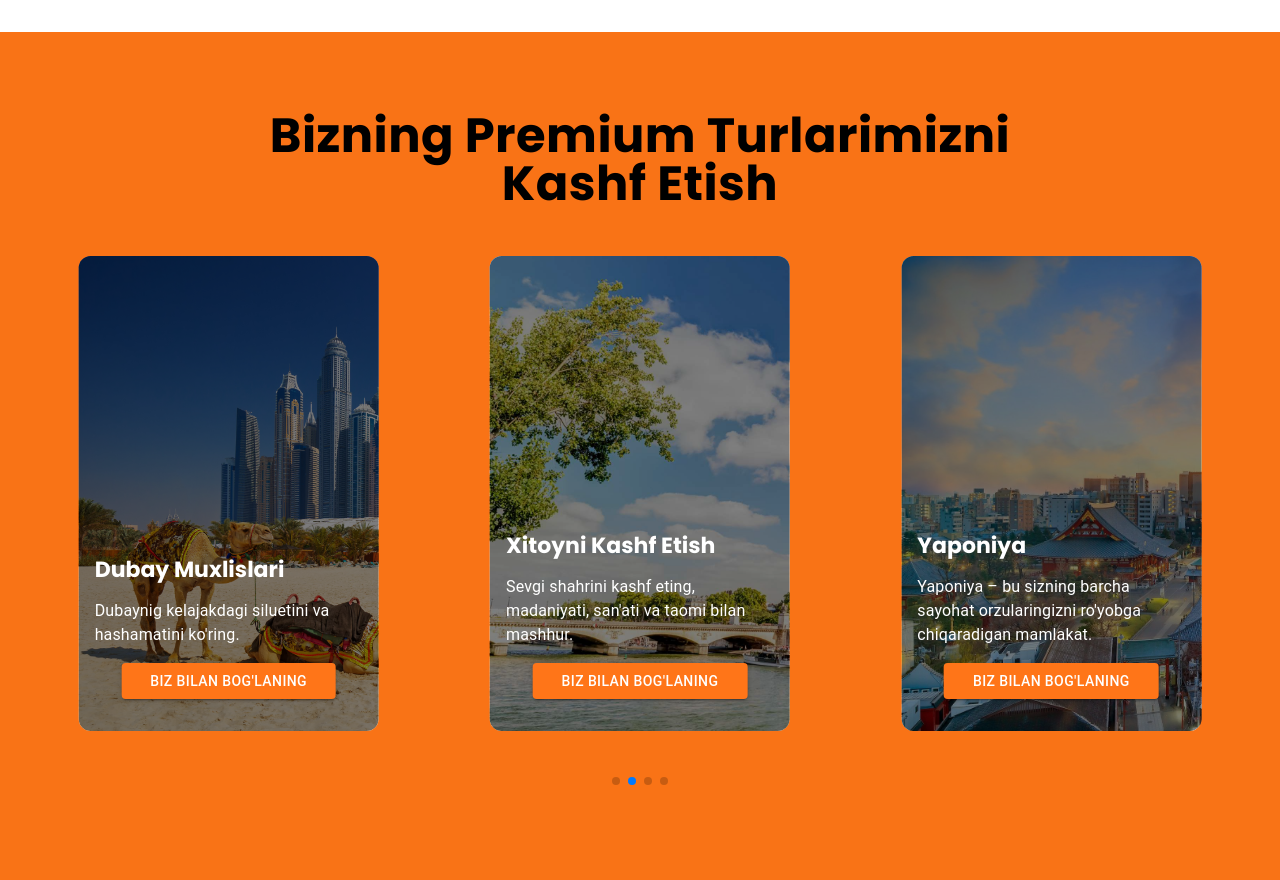
Repository: OgabekErkinov/i-am-tourist
Page: /
The author's editor kept a copy of each file at every save. The page is drawn from the files as they stood at one save, then again after the next save.
The browser window is 1280 px wide. The pictures show the whole page.
The project was rebuilt for these pictures with package versions that can differ from the ones it lists, and the page was loaded fresh each time. Also part of the build but not shown: vite.config.js, src/components/navbar/LightDarkButton.jsx, src/I18/i18.js, src/components/navbar/languages/LanguageButton.jsx, src/components/navbar/NavbarItem.jsx, src/components/navbar/SocialNetworks.jsx, src/components/navbar/Logo.jsx, src/components/navbar/SectionsLinks.jsx and 7 more.

Above is the page before, as saved 2024-12-24 15:53:46.

### index.html
<!doctype html>
<html lang="en">
  <head>
    <meta charset="UTF-8" />
    <link rel="icon" type="image/svg+xml" href="https://www.ifly.com.uz/assets/logo-BPA5zOgc.png" />
    <meta name="viewport" content="width=device-width, initial-scale=1.0" />
    <link rel="preconnect" href="https://fonts.googleapis.com">
    <link rel="preconnect" href="https://fonts.gstatic.com" crossorigin>
    <link href="https://fonts.googleapis.com/css2?family=Poppins:ital,wght@0,100;0,200;0,300;0,400;0,500;0,600;0,700;0,800;0,900;1,100;1,200;1,300;1,400;1,500;1,600;1,700;1,800;1,900&display=swap" rel="stylesheet">
    <title>iFLY.com</title>
  </head>
  <body>
    <div id="root"></div>
    <script type="module" src="/src/main.jsx"></script>
  </body>
</html>

### src/index.css
/* Universal Reset */
* {
  margin: 0;
  padding: 0;
  box-sizing: border-box;
}


/* Root Container */
#root {
  max-width: 1900px;
  margin: 0 auto;
  display: flex;
  flex-direction: column;
  align-items: center;
  justify-content: center;
  font-family: 'Poppins';
  box-sizing: border-box;
}

### src/App.jsx
import { Stack } from "@mui/material"
import Header from "./components/header/Header"
import Main from "./components/main/Main"

function App() {


  return (
    <Stack width='100%'
           height='auto'
           alignItems='center'
           gap='1rem'>
        <Header/>
        <Main/>
    </Stack>



  )
}

export default App

### src/components/header/Header.jsx
import { Box, Stack } from '@mui/material';
import Navbar from '../navbar/Navbar';
import Slider from './Slider';
import React from 'react';
import Cards from '../cards/Cards';

const Header = () => {
  return (
    <Stack height="auto"
           width='100%'
           gap="2rem"
           marginBottom='1rem'
           boxSizing="border-box">
             <Stack width="100%"
                    height="auto"
                    alignItems='center'>
                         {/* <Box width="100%"
                              height="10vh"
                              bgcolor="transparent">
                        </Box> */}
                        {/* <Navbar /> */}
                        {/* <Slider /> */}
               </Stack>
               {/* <Cards /> */}
    </Stack>
  );
}

export default Header;

### src/components/main/Main.jsx
import { Stack } from '@mui/material'
import React from 'react'
import PremiumTours from '../premium/PremiumTours'
import TourPlaces from '../tourPlaces/TourPlaces'
import About from '../about/About'

const Main = () => {
  return (
    <Stack width={'100%'}
           height={'auto'}
           alignItems={'center'}
           gap='1rem'>
        <PremiumTours/>
        {/* <TourPlaces/> */}
        {/* <About/> */}

    </Stack>
  )
}

export default Main

### src/components/premium/PremiumTours.jsx
import React from 'react';
import { Stack, Typography, Box } from '@mui/material';
import 'swiper/css';
import 'swiper/css/effect-fade';
import 'swiper/css/pagination';
import 'swiper/css/autoplay';
import { Swiper, SwiperSlide } from 'swiper/react';
import { Navigation, Pagination, Scrollbar, Autoplay } from 'swiper/modules';
import { premiumToursServices } from '../../Database/db';
import PremiumItem from './PremiumItem';

const PremiumTours = () => {

  return (
    <Stack height={'auto'}
           width={'100%'}
           padding={'5rem 2rem'}
           bgcolor={'#F97316'}
           boxSizing={'border-box'} >
          <Stack height={'100%'}
                 width={'100%'}
                 justifyContent={'space-between'}
                 alignItems={'center'}
                 gap={'2rem'}>
              {/* Title */}
                <Typography fontFamily={'Poppins'}
                            width={'70%'}
                            fontSize={'48px'}
                            lineHeight={'48px'}
                            fontWeight={'bold'}
                            textAlign={'center'}
                            height={'auto'}
                            sx={{
                              '@media (max-width: 900px)': {
                               fontSize: '36px',
                               lineHeight: '40px',
                                },
                              '@media (max-width: 600px)': {
                                fontSize: '24px',
                                lineHeight: '28px',
                                },
                               }}>
                               Bizning Premium Turlarimizni Kashf Etish
                 </Typography>
            {/* Slider */}
                 <Box display={'flex'}
                      alignItems={'center'}
                      justifyContent={'center'}
                      height={'35rem'}
                      width={'100%'}>
                      <Swiper
                          modules={[Navigation, Pagination, Scrollbar, Autoplay]}
                          autoplay={{ delay: 2500, disableOnInteraction: false }}
                          navigation
                          pagination={{ clickable: false }}
                          scrollbar={{ draggable: true }}
                          loop={true}
                          style={{
                               width: '100%',
                               height: '100%',
                               padding : '1rem',
                               display : 'flex',
                               justifyContent : 'center',
                               alignItems : 'center' }}
                          breakpoints={{
                               524: {
                                  slidesPerView: 1,
                                  spaceBetween: 10 },
                               765: {
                                  slidesPerView: 2,
                                  spaceBetween: 20 },
                              1200: {
                                  slidesPerView: 3,
                                  spaceBetween: 50 } }}>
                          {
                           premiumToursServices?.map((tour, idx) => {
                                  return (
                                         <SwiperSlide key={idx}>
                                                 <PremiumItem tour={tour} />
                                           </SwiperSlide>
                                          );  })
                           }
                       </Swiper>
                  </Box>
            </Stack>
    </Stack>
  );
};

export default PremiumTours;

### src/Database/db.js
export const social_medias = [
    {
        id : 1,
        name : 'facebook',
        link : 'https://www.facebook.com',
        pathD : 'M279.14 288l14.22-92.66h-88.91v-60.13c0-25.35 12.42-50.06 52.24-50.06h40.42V6.26S260.43 0 225.36 0c-73.22 0-121.08 44.38-121.08 124.72v70.62H22.89V288h81.39v224h100.17V288z'
    },
    {
        id : 2,
        name : 'twitter',
        url : 'https://www.twitter.com',
        pathD : 'M419.37 151.716c.325 4.548.325 9.097.325 13.645 0 138.72-105.583 298.558-298.558 298.558-59.452 0-114.68-17.219-161.137-47.106 8.447.974 16.568 1.299 25.34 1.299 49.055 0 94.213-16.568 130.274-44.832-46.132-.975-84.792-31.188-98.112-72.772 6.498.974 12.995 1.624 19.818 1.624 9.421 0 18.843-1.3 27.614-3.573-48.081-9.747-84.143-51.98-84.143-102.985v-1.299c13.969 7.797 30.214 12.67 47.431 13.319-28.264-18.843-46.781-51.005-46.781-87.391 0-19.492 5.197-37.36 14.294-52.954 51.655 63.675 129.3 105.258 216.365 109.807-1.624-7.797-2.599-15.918-2.599-24.04 0-57.828 46.782-104.934 104.934-104.934 30.213 0 57.502 12.67 76.67 33.137 23.715-4.548 46.456-13.32 66.599-25.34-7.798 24.366-24.366 44.833-46.132 57.827 21.117-2.273 41.584-8.122 60.426-16.243-14.292 20.791-32.161 39.308-52.628 54.253z'
    },
    {
        id : 3,
        name : 'instagram',
        url : 'https://www.instagram.com/ifly.com.uz',
        pathD : 'M224.1 141c-63.6 0-114.9 51.3-114.9 114.9s51.3 114.9 114.9 114.9S339 319.5 339 255.9 287.7 141 224.1 141zm0 189.6c-41.1 0-74.7-33.5-74.7-74.7s33.5-74.7 74.7-74.7 74.7 33.5 74.7 74.7-33.6 74.7-74.7 74.7zm146.4-194.3c0 14.9-12 26.8-26.8 26.8-14.9 0-26.8-12-26.8-26.8s12-26.8 26.8-26.8 26.8 12 26.8 26.8zm76.1 27.2c-1.7-35.9-9.9-67.7-36.2-93.9-26.2-26.2-58-34.4-93.9-36.2-37-2.1-147.9-2.1-184.9 0-35.8 1.7-67.6 9.9-93.9 36.1s-34.4 58-36.2 93.9c-2.1 37-2.1 147.9 0 184.9 1.7 35.9 9.9 67.7 36.2 93.9s58 34.4 93.9 36.2c37 2.1 147.9 2.1 184.9 0 35.9-1.7 67.7-9.9 93.9-36.2 26.2-26.2 34.4-58 36.2-93.9 2.1-37 2.1-147.8 0-184.8zM398.8 388c-7.8 19.6-22.9 34.7-42.6 42.6-29.5 11.7-99.5 9-132.1 9s-102.7 2.6-132.1-9c-19.6-7.8-34.7-22.9-42.6-42.6-11.7-29.5-9-99.5-9-132.1s-2.6-102.7 9-132.1c7.8-19.6 22.9-34.7 42.6-42.6 29.5-11.7 99.5-9 132.1-9s102.7-2.6 132.1 9c19.6 7.8 34.7 22.9 42.6 42.6 11.7 29.5 9 99.5 9 132.1s2.7 102.7-9 132.1z'
    },
    {
        id : 4,
        name : 'linkedIn',
        url : 'https://www.linkedin.com',
        pathD : 'M100.28 448H7.4V148.9h92.88zM53.79 108.1C24.09 108.1 0 83.5 0 53.8a53.79 53.79 0 0 1 107.58 0c0 29.7-24.1 54.3-53.79 54.3zM447.9 448h-92.68V302.4c0-34.7-.7-79.2-48.29-79.2-48.29 0-55.69 37.7-55.69 76.7V448h-92.78V148.9h89.08v40.8h1.3c12.4-23.5 42.69-48.3 87.88-48.3 94 0 111.28 61.9 111.28 142.3V448z'
    },
    {
        id : 5,
        name : 'youtube',
        url : 'https://www.youtube.com',
        pathD : 'M549.655 124.083c-6.281-23.65-24.787-42.276-48.284-48.597C458.781 64 288 64 288 64S117.22 64 74.629 75.486c-23.497 6.322-42.003 24.947-48.284 48.597-11.412 42.867-11.412 132.305-11.412 132.305s0 89.438 11.412 132.305c6.281 23.65 24.787 41.5 48.284 47.821C117.22 448 288 448 288 448s170.78 0 213.371-11.486c23.497-6.321 42.003-24.171 48.284-47.821 11.412-42.867 11.412-132.305 11.412-132.305s0-89.438-11.412-132.305zm-317.51 213.508V175.185l142.739 81.205-142.739 81.201z'
    }
]

export const navLinks = [
    {
        id : 6,
        name : 'Excursions',
        link : '#excursions'
    },
    {
        id : 7,
        name : 'City',
        link : '#city'
    },
    {
        id : 8,
        name : 'About',
        link : '#about'
    },
    {
        id : 9,
        name : 'Contact',
        link : '#contact'
    }
]

export const SliderItems = [
    {
        url : '/malakali.jpg',
        heading : 'Malakali shahar',
        paragraph : "Dunyoning ko'ngilochar poytaxtiga sho'ng'ing."
    },
    {
        url : '/turkiya.jpg',
        heading : 'Sehrli Turkiya',
        paragraph : "Turkiyaning boy tarixi va ajoyib manzaralarini o'rganing."
    },
    {
        url : '/orol.jpg',
        heading : 'Orol chekinishi',
        paragraph : 'Ajoyib orol landshaftlari orasida tinchlikni his eting.'
    },
    {
        url : '/yaponiya.jpg',
        heading : 'Yaponiya',
        paragraph : "Zamonaviy hayot va qadimiy an'analar mamlakati"
    },
    {
        url : '/dubai.jpg',
        heading : "Dubayni kashf eting",
        paragraph : "Birlashgan Arab Amirliklarida hashamat, innovatsiyalar va sarguzashtlarni kashf eting."

    },
    {
        url : '/xitoyni.jpg',
        heading : 'Xitoyni kashf qiling',
        paragraph : "Xitoy: qadimgi tarix, Buyuk devor, innovatsiyalar, jonli madaniyat."
    },
    {
        url : '/tailand.jpg',
        heading : 'Tropik Tailand',
        paragraph : "Chiroyli plyajlarda dam oling va mazali taomlarni tatib ko'ring."
    }
]

export const addBanners = [
    {
        heading : 'Ajoyib plyaj',
        paragraph : 'Zamonaviy plyajlarni kashf eting va quyosh ostida dam oling.'
    },
    {
        heading : "Tog' sarguzashtlari",
        paragraph : "Qiziqarli tog' sayohatiga chiqing va tabiatni o'rganing."
    },
    {
        heading : 'Shahar sayohatlari',
        paragraph : "Qiziqarli tog' sayohatiga chiqing va tabiatni o'rganing."
    }
]

export const languages = [
    {
        lang : "o'zbek",
        flag : '/uzbekistan.png',
        translator : 'uz'
    },
    {
        lang : 'english',
        flag : '/united-states.png',
        translator : 'en'
    },
    {
        lang : 'русский',
        flag : '/russia.png',
        translator : 'ru'
    }
]

export const premiumToursServices = [
    {
        title : 'Tokio Sarguzashtlari',
        paragraph : "Yaponiya yuragida an'ana va texnologiyaning uyg'unligini his eting.",
        image : '/tokioprem.jpg'
    },
    {
        title : 'Dubay Muxlislari',
        paragraph : "Dubaynig kelajakdagi siluetini va hashamatini ko'ring.",
        image : '/dubaipremium.jpg'
    },
    {
        title : 'Xitoyni Kashf Etish',
        paragraph : "Sevgi shahrini kashf eting, madaniyati, san'ati va taomi bilan mashhur.",
        image : '/xitoyprem.jpg'
    },
    {
        title : 'Yaponiya',
        paragraph : "Yaponiya – bu sizning barcha sayohat orzularingizni ro'yobga chiqaradigan mamlakat.",
        image : '/xitoypremium.jpg'
    }
]

export const tourPlaces = [
    {
        image : '/yaponiya.jpg',
        title : 'Tokio, Yaponiya',
        paragraph : "Tokio Yaponiya poytaxti bo'lib, an'anaviy binolarni zamonaviy osmono'parlar bilan birlashtirish."
    },
    {
        image : '/orol.jpg',
        title : 'Orol joyi',
        paragraph : "Shahar shovqinidan uzoqda, tabiatning ajoyib go'zalligida dam oling."
    },
    {
        image : '/dubai.jpg',
        title : 'Dubay, BAA',
        paragraph : "Dubayning hargi skylinesi va hashamatini guvohi boling."
    },
    {
        image : '/vetnam.jpg',
        title : 'Vetnam sarguzashti',
        paragraph : "Vetnamning go'zalligiga kirib boring, rang- barang guruch teraslari va noyob madaniyat bilan tanishing!"
    },
    {
        image : '/maldiv.jpg',
        title : 'Maldivlar',
        paragraph : "Oq qumli plyajlar va toza suvlar bilan tropik jannatda dam oling. Hashamatli kurortlar va ajoyib suv osti dunyosidan zavq oling!"
    },
    {
        image : '/tailand.jpg',
        title : 'Tropik Tailand',
        paragraph : "Tailand chiroyli orollari, ko'chada oziq-ovqat va boy madaniyat merosi bilan mashhur."
    },
    {
        image : '/turkiya.jpg',
        title : "Mo'jizaviy Turkiya",
        paragraph : "Turkiyaning boy tarixini va go'zal manzaralarini kashf eting."
    }
]

export const services = [
    {
        pathD : 'M480 192H365.71L260.61 8.06A16.014 16.014 0 0 0 246.71 0h-65.5c-10.63 0-18.3 10.17-15.38 20.39L214.86 192H112l-43.2-57.6c-3.02-4.03-7.77-6.4-12.8-6.4H16.01C5.6 128-2.04 137.78.49 147.88L32 256 .49 364.12C-2.04 374.22 5.6 384 16.01 384H56c5.04 0 9.78-2.37 12.8-6.4L112 320h102.86l-49.03 171.6c-2.92 10.22 4.75 20.4 15.38 20.4h65.5c5.74 0 11.04-3.08 13.89-8.06L365.71 320H480c35.35 0 96-28.65 96-64s-60.65-64-96-64z',
        title : 'Xalqaro Sayohat',
        paragraph : "Dunyodagi eng go'zal joylarga sayohatlarni tashkil etamiz.",
        color : 'blue'
    },
    {
        icon : 'M560 64c8.84 0 16-7.16 16-16V16c0-8.84-7.16-16-16-16H16C7.16 0 0 7.16 0 16v32c0 8.84 7.16 16 16 16h15.98v384H16c-8.84 0-16 7.16-16 16v32c0 8.84 7.16 16 16 16h240v-80c0-8.8 7.2-16 16-16h32c8.8 0 16 7.2 16 16v80h240c8.84 0 16-7.16 16-16v-32c0-8.84-7.16-16-16-16h-16V64h16zm-304 44.8c0-6.4 6.4-12.8 12.8-12.8h38.4c6.4 0 12.8 6.4 12.8 12.8v38.4c0 6.4-6.4 12.8-12.8 12.8h-38.4c-6.4 0-12.8-6.4-12.8-12.8v-38.4zm0 96c0-6.4 6.4-12.8 12.8-12.8h38.4c6.4 0 12.8 6.4 12.8 12.8v38.4c0 6.4-6.4 12.8-12.8 12.8h-38.4c-6.4 0-12.8-6.4-12.8-12.8v-38.4zm-128-96c0-6.4 6.4-12.8 12.8-12.8h38.4c6.4 0 12.8 6.4 12.8 12.8v38.4c0 6.4-6.4 12.8-12.8 12.8h-38.4c-6.4 0-12.8-6.4-12.8-12.8v-38.4zM179.2 256h-38.4c-6.4 0-12.8-6.4-12.8-12.8v-38.4c0-6.4 6.4-12.8 12.8-12.8h38.4c6.4 0 12.8 6.4 12.8 12.8v38.4c0 6.4-6.4 12.8-12.8 12.8zM192 384c0-53.02 42.98-96 96-96s96 42.98 96 96H192zm256-140.8c0 6.4-6.4 12.8-12.8 12.8h-38.4c-6.4 0-12.8-6.4-12.8-12.8v-38.4c0-6.4 6.4-12.8 12.8-12.8h38.4c6.4 0 12.8 6.4 12.8 12.8v38.4zm0-96c0 6.4-6.4 12.8-12.8 12.8h-38.4c-6.4 0-12.8-6.4-12.8-12.8v-38.4c0-6.4 6.4-12.8 12.8-12.8h38.4c6.4 0 12.8 6.4 12.8 12.8v38.4z',
        title : 'Qulay Mehmonxonalar',
        paragraph : " Eng yaxshi va eng qulay mehmonxonalar bilan qoling.",
        color : 'green'
    },
    {
        icon : 'M416 320h-96c-17.6 0-32-14.4-32-32s14.4-32 32-32h96s96-107 96-160-43-96-96-96-96 43-96 96c0 25.5 22.2 63.4 45.3 96H320c-52.9 0-96 43.1-96 96s43.1 96 96 96h96c17.6 0 32 14.4 32 32s-14.4 32-32 32H185.5c-16 24.8-33.8 47.7-47.3 64H416c52.9 0 96-43.1 96-96s-43.1-96-96-96zm0-256c17.7 0 32 14.3 32 32s-14.3 32-32 32-32-14.3-32-32 14.3-32 32-32zM96 256c-53 0-96 43-96 96s96 160 96 160 96-107 96-160-43-96-96-96zm0 128c-17.7 0-32-14.3-32-32s14.3-32 32-32 32 14.3 32 32-14.3 32-32 32z',
        title : "Maxsus yo'nalishlar",
        paragraph : "Har bir mijoz uchun individual yo'nalishlarni yaratamiz.",
        color : 'orange'
    },
    {
        icon : 'M192 256c61.9 0 112-50.1 112-112S253.9 32 192 32 80 82.1 80 144s50.1 112 112 112zm76.8 32h-8.3c-20.8 10-43.9 16-68.5 16s-47.6-6-68.5-16h-8.3C51.6 288 0 339.6 0 403.2V432c0 26.5 21.5 48 48 48h288c26.5 0 48-21.5 48-48v-28.8c0-63.6-51.6-115.2-115.2-115.2zM480 256c53 0 96-43 96-96s-43-96-96-96-96 43-96 96 43 96 96 96zm48 32h-3.8c-13.9 4.8-28.6 8-44.2 8s-30.3-3.2-44.2-8H432c-20.4 0-39.2 5.9-55.7 15.4 24.4 26.3 39.7 61.2 39.7 99.8v38.4c0 2.2-.5 4.3-.6 6.4H592c26.5 0 48-21.5 48-48 0-61.9-50.1-112-112-112z',
        title : "Malakali yo'riqchilar",
        paragraph : " Har bir mijoz uchun individual yo'nalishlarni yaratamiz.",
        color : 'violet'
    }

]

### src/components/premium/PremiumItem.jsx
import { Box, Button, Stack, Typography } from '@mui/material';
import React from 'react';

const PremiumItem = ({ tour }) => {
  return (
    <Box height="90%"
         display="flex"
         justifyContent="center"
         alignItems="center"
         borderRadius="12px"
         overflow="hidden"
         position="relative"
         sx={{
             transition : '0.3s',
             backgroundImage: `url(${tour?.image})`,
             backgroundSize: 'cover',
             '@media(min-width : 300px)' : {
                         width : '300px',
                         marginX : 'auto'  },
             '@media(min-width : 524px)' : {
                         width : '300px' },
              '&:hover' : {
                transform : 'scale(1.1)',
                transition : '0.3s',
              } }} >
         <Stack height="100%"
                width="100%"
                padding="2rem 0"
                boxSizing="border-box"
                borderRadius="12px"
        alignItems="center"
        bgcolor="rgba(0, 0, 0, 0.5)"
        position="absolute"
        zIndex={1}
        sx={{
          '@media(min-width : 300px)' : {
            justifyContent : 'center',
            alignItems : 'center',
            paddingX : '1rem',
            gap : '1rem'
          },
          '@media(min-width : 524px)' : {
            justifyContent : 'flex-end',
            alignItems : 'start'
          }
        }}
        >
        <Typography
          variant="h3"
          sx={{
            fontWeight: 'bold',
            fontFamily: 'Poppins',
            color: 'white',
            textAlign: 'start',
            paddingRight: '10px',
            margin: 0,
            width: 'auto',

            '@media (min-width: 300px)': {
              fontSize: '18px',
            },

            '@media (min-width : 524px)' : {
              fontSize : '22px'
            }
          }}
        >
          {tour.title}
        </Typography>
        <Typography
          width="auto"
          sx={{
            color: 'white',
            textAlign: 'start',

            '@media (min-width: 300px)': {
              fontSize: '12px',
              height : 'auto',
              textAlign : 'center'
            },
            '@media (min-width : 524px)' : {
              fontSize : '16px',
              textAlign : 'start'
            }
          }}>
          {tour.paragraph}
        </Typography>
        <Button
          variant="contained"
          sx={{
            color: 'white',
            backgroundColor: '#FF7518',
            width : '80%',
            margin : '0 auto'
          }}>
          Biz bilan bog'laning
        </Button>
      </Stack>
    </Box>
  );
};

export default PremiumItem;

Loaded but not shown: src/main.jsx (common file)

After the next save:
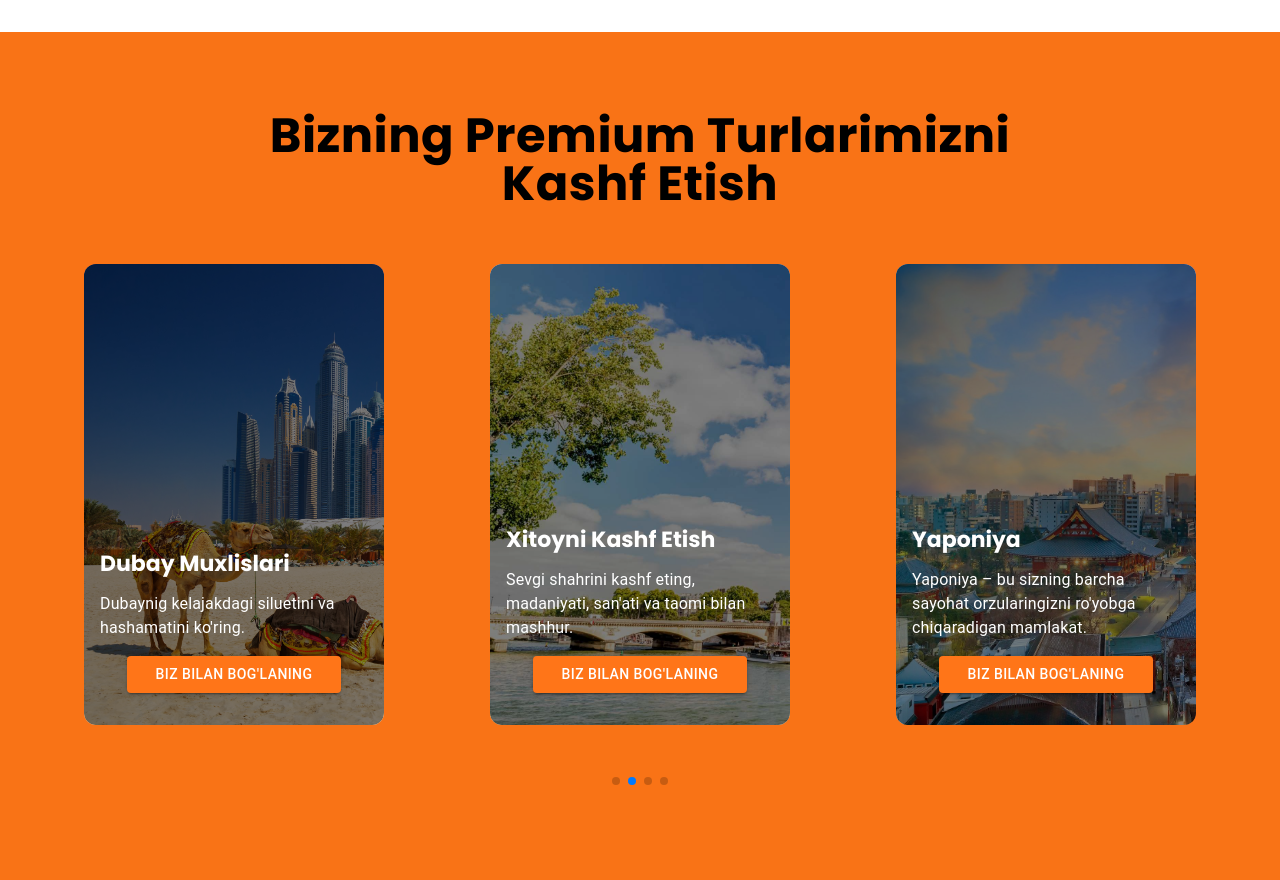
Saved 13 s later.
--- a/src/components/premium/PremiumTours.jsx
+++ b/src/components/premium/PremiumTours.jsx
@@ -58,7 +58,7 @@ const PremiumTours = () => {
                           style={{
                                width: '100%',
                                height: '100%',
-                               padding : '1rem',
+                               padding : '1.5rem',
                                display : 'flex',
                                justifyContent : 'center',
                                alignItems : 'center' }}
